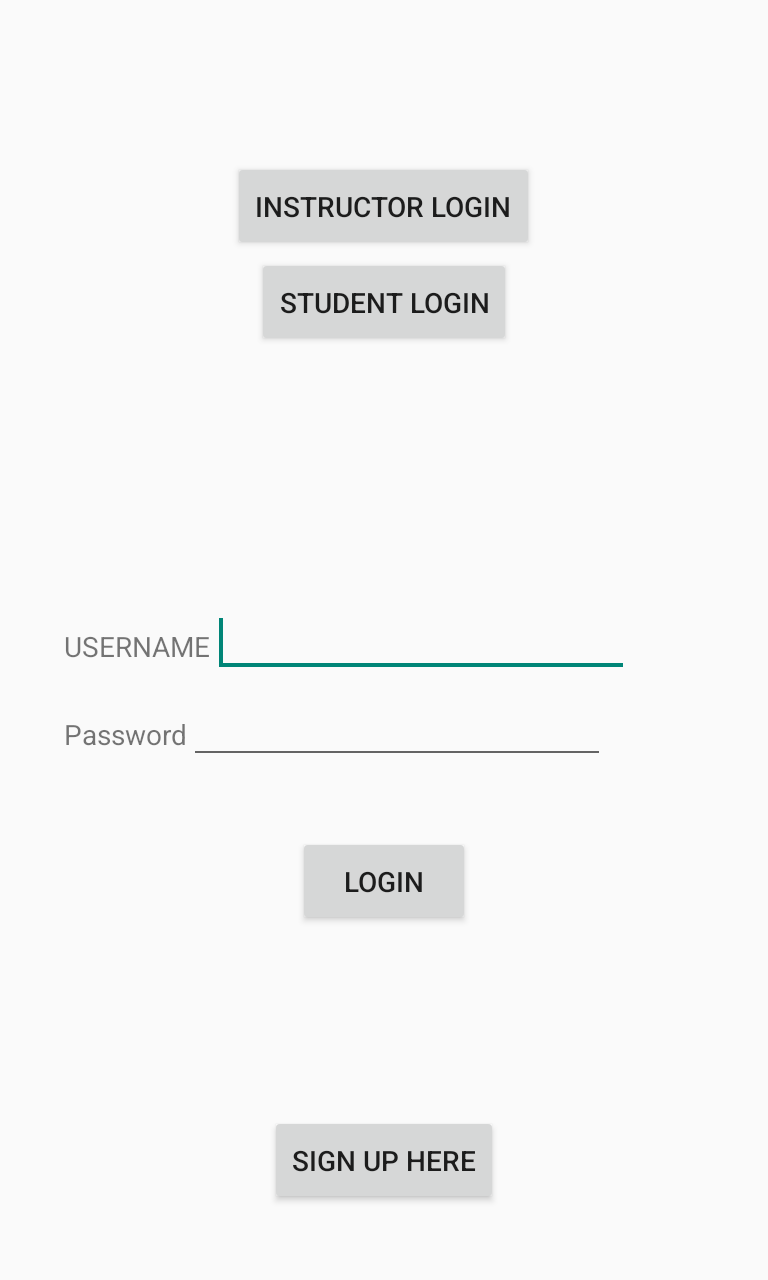
Repository: shuktika12163/ReWise
Layout: ReWise/res/layout/activity_main_login.xml
An editor plug-in stored every save of this project. The layout is shown before and after the next save, followed by the edit.
It is drawn on a 768 x 1280 px phone screen (xhdpi) without system bars, with theme AppTheme; the app's code is not run.

Above is the layout before, as saved 2014-10-29 13:32:37.

After the next save:
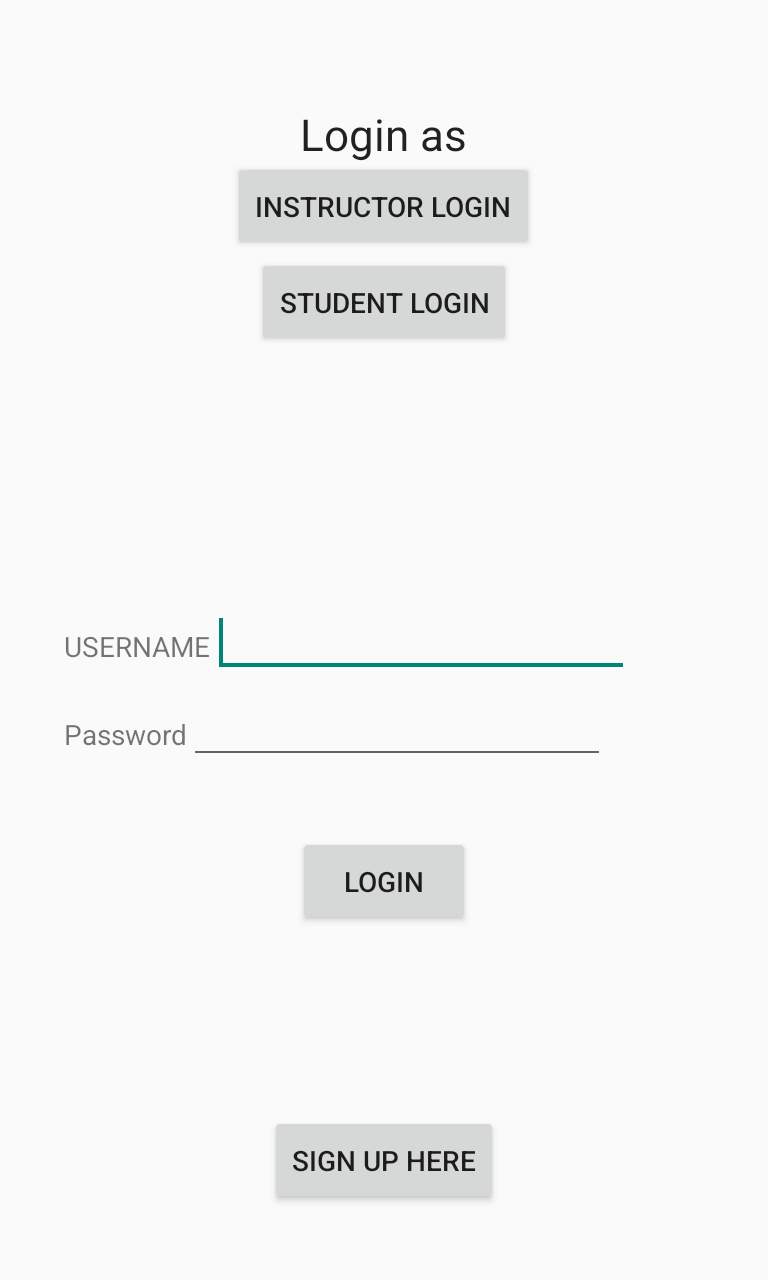
Saved 3 min 4 s later.
--- a/ReWise/res/layout/activity_main_login.xml
+++ b/ReWise/res/layout/activity_main_login.xml
@@ -84,4 +84,14 @@
         android:layout_marginBottom="20dp"
         android:text="Sign up here" />
 
+    <TextView
+        android:id="@+id/textView1"
+        android:layout_width="wrap_content"
+        android:layout_height="wrap_content"
+        android:layout_alignParentTop="true"
+        android:layout_centerHorizontal="true"
+        android:layout_marginTop="36dp"
+        android:text="Login as"
+        android:textAppearance="?android:attr/textAppearanceLarge" />
+
 </RelativeLayout>
